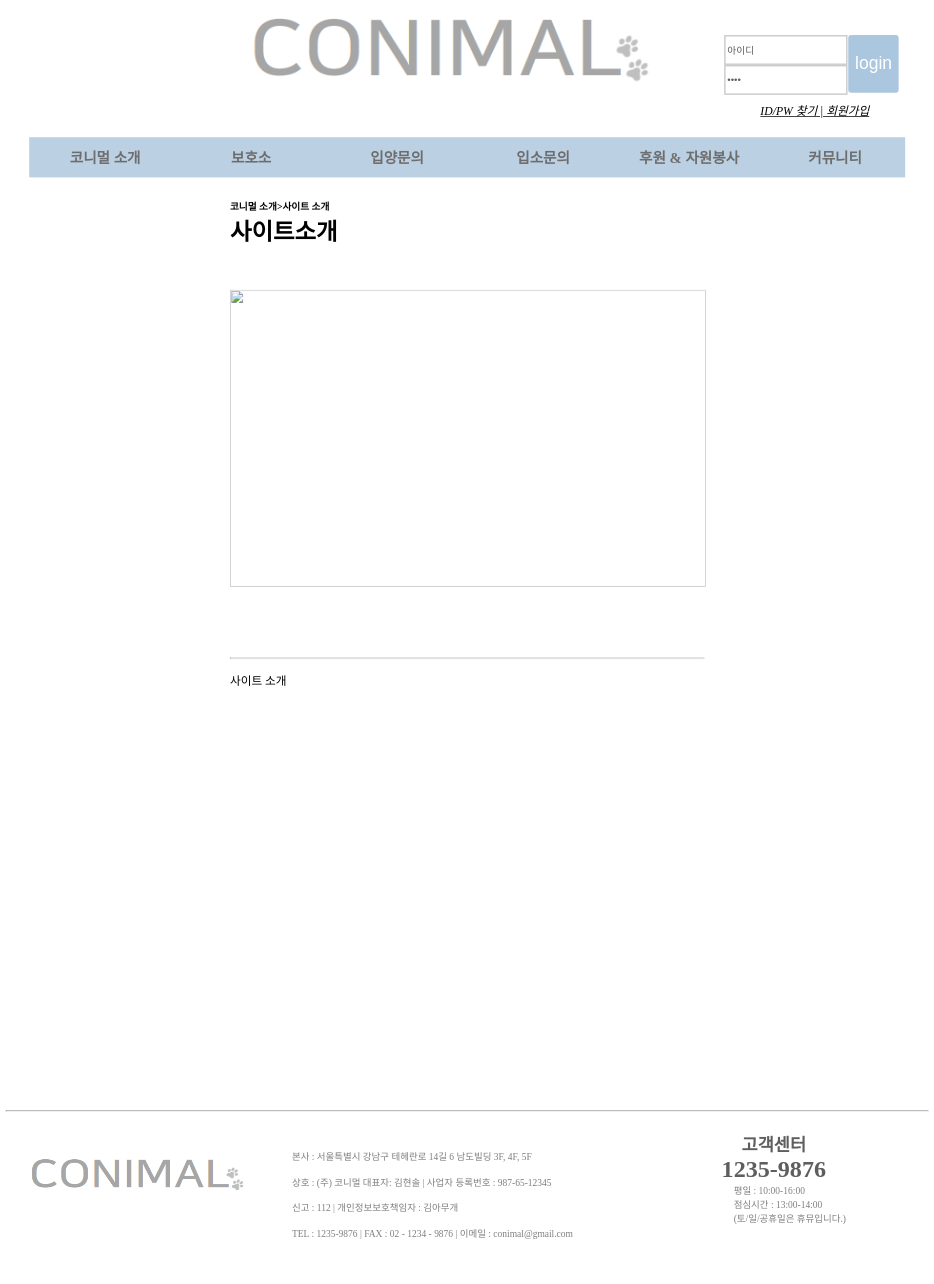
Repository: rlagusthf12/SemiProject
Page: http://localhost/jspProject/views/introduce/introduce.jsp
These files come from the project's save history. The page is drawn as it stood at one moment and after the next save; the edit follows.
The browser window is 1280 px wide. The pictures show the whole page, at 73% of full size.
The page is served by Tomcat 9.

Above is the page before, as saved 2021-05-14 09:10:09.

After the next save:
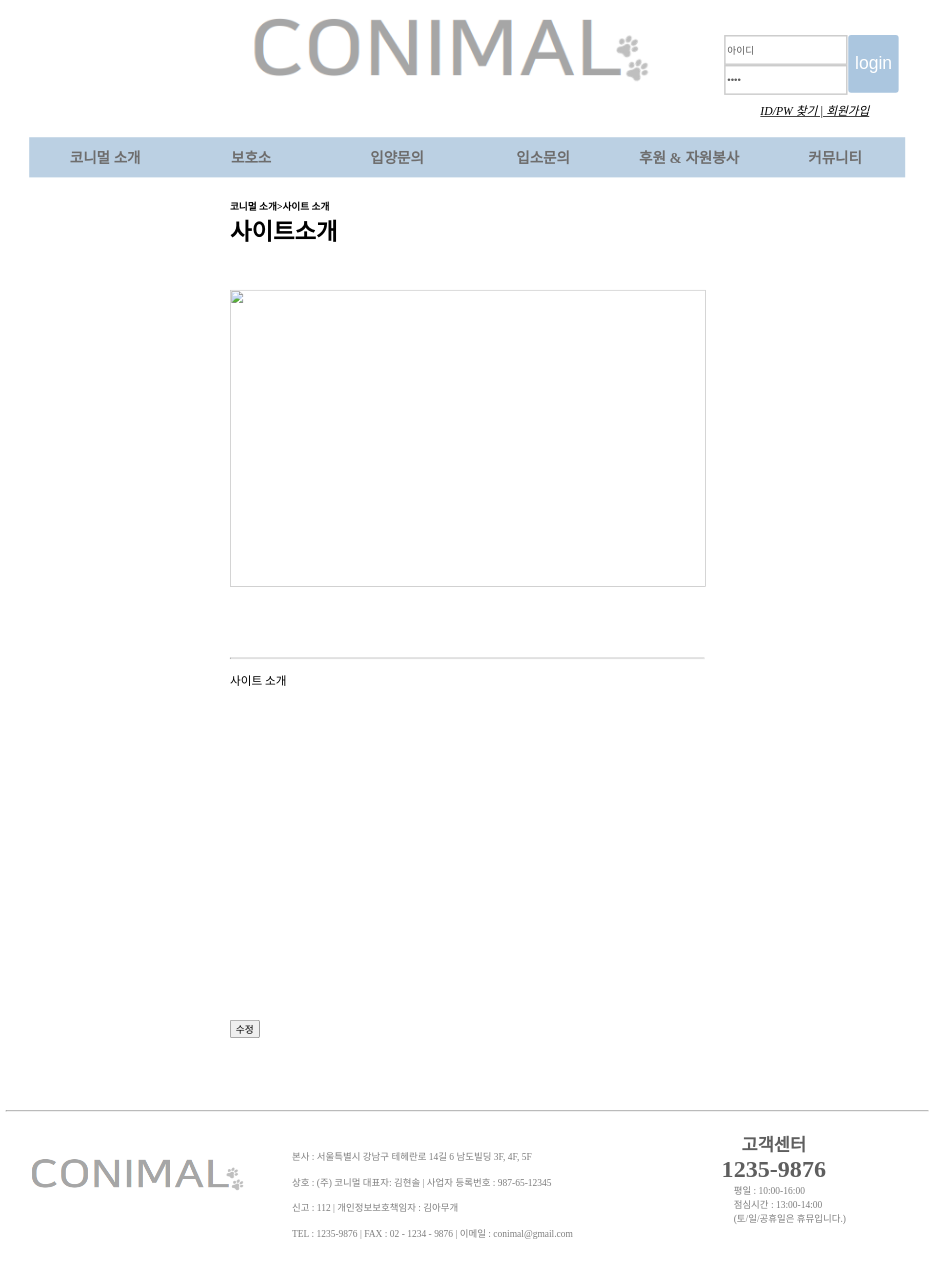
Saved 26 s later.
--- a/jspProject/WebContent/views/introduce/introduce.jsp
+++ b/jspProject/WebContent/views/introduce/introduce.jsp
@@ -59,6 +59,7 @@
   </p>
   </div>
   <div class="modifybutton">
+  <button>수정</button>
   </div>
 
 
